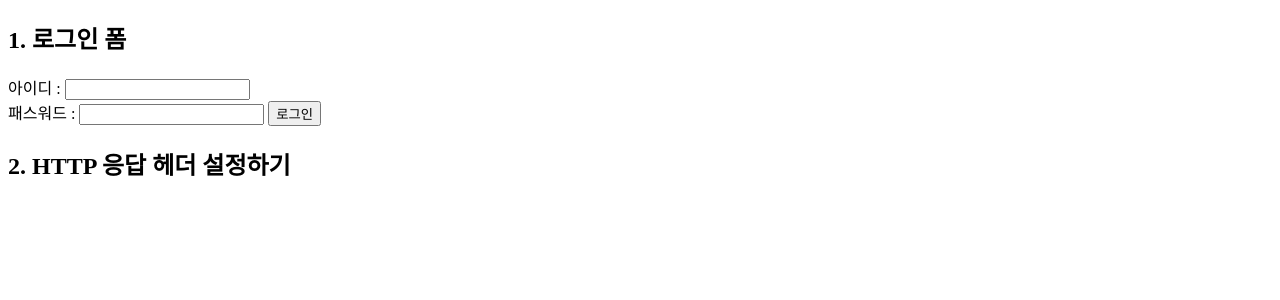
Repository: iamstudybox00/JSP_Servlet
Page: http://localhost/MustHaveJSP/02ImplicitObject/ResponseMain.jsp
These files come from the project's save history. The page is drawn as it stood at one moment and after the next save; the edit follows.
The browser window is 1280 px wide. The pictures show the whole page.
The page is served by Tomcat 10.

Above is the page before, as saved 2025-05-02 07:14:53.

After the next save:
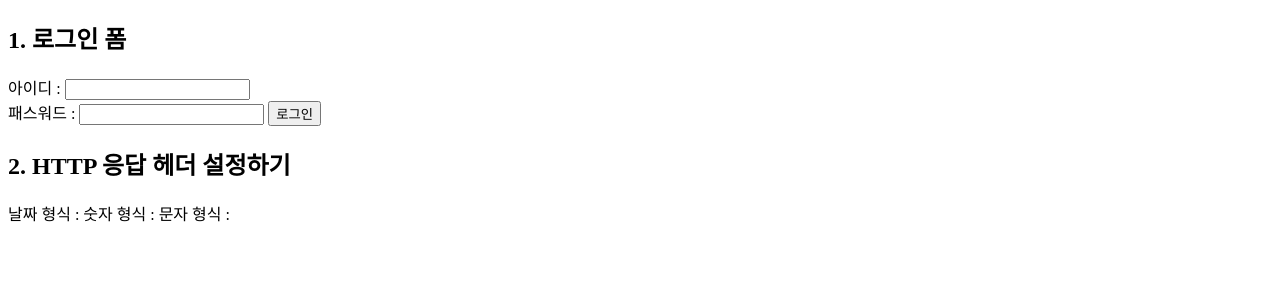
Saved 32 s later.
--- a/MustHaveJSP/src/main/webapp/02ImplicitObject/ResponseMain.jsp
+++ b/MustHaveJSP/src/main/webapp/02ImplicitObject/ResponseMain.jsp
@@ -21,6 +21,10 @@
 		</form>
 
 		<h2>2. HTTP 응답 헤더 설정하기</h2>
-
+		<form action="./ResponseHeader.jsp" method="get">
+			날짜 형식 :
+			숫자 형식 :
+			문자 형식 :
+		</form>
 	</body>
 </html>
